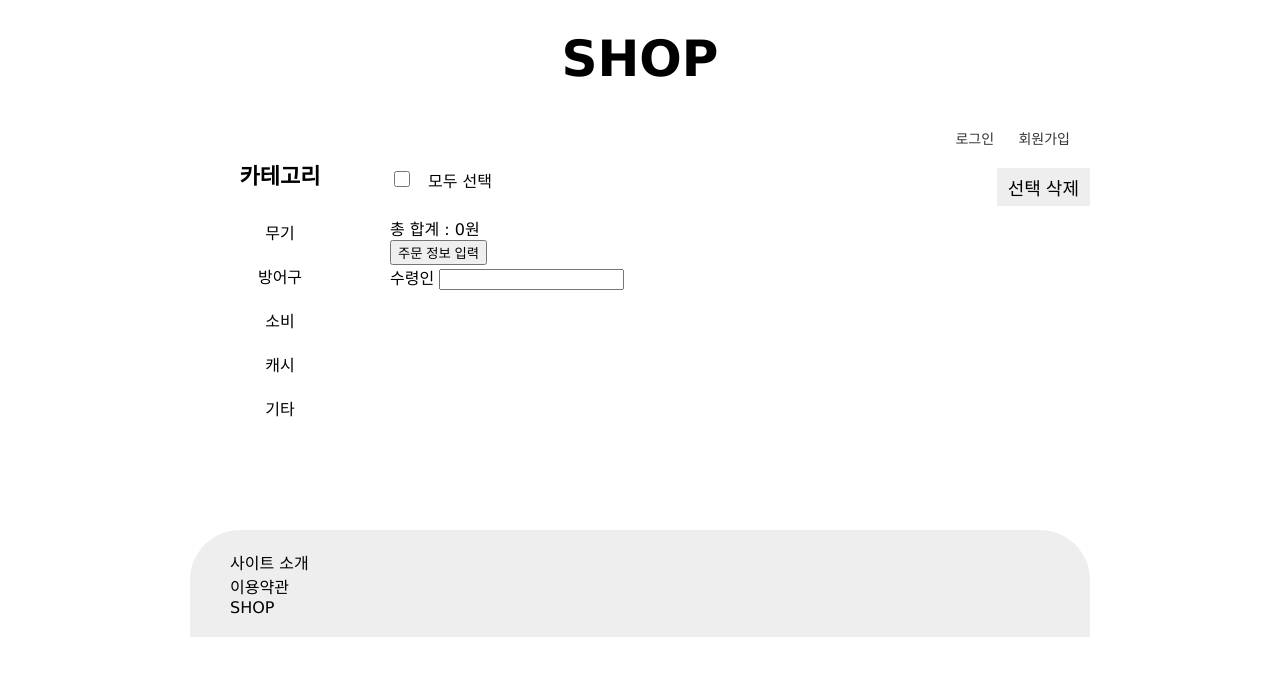
Repository: leesoonyong/shopping-mall
Page: http://localhost/shop/WEB-INF/views/shop/cartList.jsp
These files come from the project's save history. The page is drawn as it stood at one moment and after the next save; the edit follows.
The browser window is 1280 px wide. The pictures show the whole page.
The page is served by Tomcat 9. Nobody is signed in. Other server files are loaded and not shown. The template is opened directly, without the code that normally fills it, so the values that code supplies are empty.

Above is the page before, as saved 2020-09-15 03:01:50.

### shop/src/main/webapp/WEB-INF/views/shop/cartList.jsp
<%@ taglib uri="http://java.sun.com/jsp/jstl/core" prefix="c" %>
<%@ taglib prefix="fmt" uri="http://java.sun.com/jsp/jstl/fmt"%>
<%@ page language="java" contentType="text/html; charset=UTF-8" pageEncoding="UTF-8"%>
<!DOCTYPE html>
<html>
<head>
<meta charset="UTF-8">
<script src='https://code.jquery.com/jquery-3.3.1.min.js'></script>
<style>
body {
	margin: 0;
	padding: 0;
	font-family: '맑은 고딕', verdana;
}

a {
	color: #05f;
	text-decoration: none;
}

a:hover {
	text-decoration: underline;
}

h1, h2, h3, h4, h5, h6 {
	margin: 0;
	padding: 0;
}

ul, lo, li {
	margin: 0;
	padding: 0;
	list-style: none;
}

/* ---------- */
div#root {
	width: 900px;
	margin: 0 auto;
}

header#header {

}

nav#nav {

}

section#container {

}

section#content {
	float: right;
	width: 700px;
}

aside#aside {
	float: left;
	width: 180px;
}

section#container::after {
	content: "";
	display: block;
	clear: both;
}

footer#footer {
	background: #eee;
	padding: 20px;
}

/* ---------- */
header#header div#header_box {
	text-align: center;
	padding: 30px 0;
}

header#header div#header_box h1 {
	font-size: 50px;
}

header#header div#header_box h1 a {
	color: #000;
}

nav#nav div#nav_box {
	font-size: 14px;
	padding: 10px;
	text-align: right;
}

nav#nav div#nav_box li {
	display: inline-block;
	margin: 0 10px;
}

nav#nav div#nav_box li a {
	color: #333;
}

section#container {

}

aside#aside h3 {
	font-size: 22px;
	margin-bottom: 20px;
	text-align: center;
}

aside#aside li {
	font-size: 16px;
	text-align: center;
}

aside#aside li a {
	color: #000;
	display: block;
	padding: 10px 0;
}

aside#aside li a:hover {
	text-decoration: none;
	background: #eee;
}

footer#footer {
	margin-top: 100px;
	border-radius: 50px 50px 0 0;
}

footer#footer div#footer_box {
	padding: 0 20px;
}

aside#aside li {
	position: relative;
}

aside#aside li:hover {
	background: #eee;
}

aside#aside li>ul.low {
	display: none;
	position: absolute;
	top: 0;
	left: 180px;
}

aside#aside li:hover>ul.low {
	display: block;
}

aside#aside li:hover>ul.low li a {
	background: #eee;
	border: 1px solid #eee;
}

aside#aside li:hover>ul.low li a:hover {
	background: #fff;
}

aside#aside li>ul.low li {
	width: 180px;
}
/*
section#content ul li {
	display: inline-block;
	margin: 10px;
}

section#content div.goodsThumb img {
	width: 200px;
	height: 200px;
}

section#content div.goodsName {
	padding: 10px 0;
	text-align: center;
}

section#content div.goodsName a {
	color: #000;
}
*/
 section#content ul li { margin:10px 0; }
 section#content ul li img { width:250px; height:250px; }
 section#content ul li::after { content:""; display:block; clear:both; }
 section#content div.thumb { float:left; width:250px; }
 section#content div.gdsInfo { float:right; width:calc(100% - 270px); }
 section#content div.gdsInfo { font-size:20px; line-height:2; }
 section#content div.gdsInfo span { display:inline-block; width:100px; font-weight:bold; margin-right:10px; }
 section#content div.gdsInfo .delete { text-align:right; }
 section#content div.gdsInfo .delete button { font-size:22px;
            padding:5px 10px; border:1px solid #eee; background:#eee;}



.allCheck { float:left; width:200px; }
.allCheck input { width:16px; height:16px; }
.allCheck label { margin-left:10px; }
.delBtn { float:right;  text-align:right; }
.delBtn button { font-size:18px; padding:5px 10px; border:1px solid #eee; background:#eee;}

.checkBox { width:30px; }
.checkBox input { width:16px; height:16px; }

.listResult { padding:20px; background:#eee; }
.listResult .sum { float:left; width:45%; font-size:22px; }

.listResult .orderOpne { float:right; width:45%; text-align:right; }
.listResult .orderOpne button { font-size:18px; padding:5px 10px; border:1px solid #999; background:#fff;}
.listResult::after { content:""; display:block; clear:both; }

</style>
</head>
<body>
<div id="root">
	<header id="header">
		<div id="header_box">
			<%@ include file="../include/header.jsp" %>
		</div>
	</header>

	<nav id="nav">
		<div id="nav_box">
			<%@ include file="../include/nav.jsp" %>
		</div>
	</nav>

	<section id="container">
		<aside id="aside">
			<%@ include file="../include/aside.jsp" %>
		</aside>
		<div id="container_box">
			<section id="content">
					<ul>
						<li>
							<div class="allCheck">
								<input type="checkbox" name="allCheck" id="allCheck" />
								<label	for="allCheck">모두 선택</label>
								<script>
									$("#allCheck").click(function(){
										 var chk = $("#allCheck").prop("checked");
										 if(chk) {
										  $(".chBox").prop("checked", true);
										 } else {
										  $(".chBox").prop("checked", false);
										 }
									});
								</script>
							</div>

							<div class="delBtn">
								<button type="button" class="selectDelete_btn">선택 삭제</button>

								<script>
								$(".selectDelete_btn").click(function(){
									var confirm_val = confirm("정말 삭제하시겠습니까?");

									if(confirm_val){
										var checkArr = new Array();

										$("input[class='chBox']:checked").each(function(){
											checkArr.push($(this).attr("data-cartNum"));
										});

										$.ajax({
											url : "/shop/deleteCart",
											type : "post",
											data : {
												chbox : checkArr
											},
											success : function(result){
												if(result == 1){
													location.href = "/shop/cartList";
												}else{
													alert("삭제 실패");
												}
											}
										});
									}
								});



								</script>
							</div>

						</li>
						<c:set var="sum" value="0"/>
						<c:forEach items="${cartList}" var="cartList">
							<li>
								<div class="checkBox">
									<input type="checkbox" name="chBox" class="chBox" data-cartNum="${cartList.cartNum}" />
									<script>
										$(".chBox").click(function(){
											$("#allCheck").prop("checked", false);
										});
									</script>
								</div>

								<div class="thumb">
									<img src="${cartList.gdsThumbImg}" />
								</div>
								<div class="gdsInfo">
									<p>
										<span>상품명</span>${cartList.gdsName}<br />
										<span>개당 가격</span>
										<fmt:formatNumber pattern="###,###,###" value="${cartList.gdsPrice}"/> 원<br />
										<span>구입 수량</span>${cartList.cartStock} 개<br />
										<span>최종가격</span>
										<fmt:formatNumber pattern="###,###,###" value="${cartList.gdsPrice * cartList.cartStock}" /> 원
									</p>

									<div class="delete">
										<button type="button" class="delete_${cartList.cartNum}_btn" data-cartNum="${cartList.cartNum}">삭제</button>
										<script>
											$(".delete_${cartList.cartNum}_btn").click(function(){
												var confirm_val = confirm("정말 삭제하시겠습니까?");

												if(confirm_val){
													var checkArr = new Array();

													checkArr.push($(this).attr("data-cartNum"));


													$.ajax({
														url : "/shop/deleteCart",
														type : "post",
														data : {
															chbox : checkArr
														},
														success : function(result){
															if(result == 1){
																location.href = "/shop/cartList";
															}else{
																alert("삭제 실패");
															}
														}
													});
												}
											});
										</script>
									</div>
								</div>
							</li>
						<c:set var="sum" value="${sum + (cartList.gdsPrice * cartList.cartStock)}"/>
						</c:forEach>
					</ul>
					<div class="listReulst">
						<div class="sum">
							총 합계 : <fmt:formatNumber pattern="###,###,###" value="${sum}"/>원
						</div>
						<div class="orderOpne">
							<button type="button" class="orderOpne_bnt">주문 정보 입력</button>
						</div>
					</div>
					<div class="orderInfo">
						<form method="post">
							<input type="hidden" name="amount" value="${sum}"/>

							<div class="inputArea">
								<label for="">수령인</label>
								<input type="text" name="orderRec" id="orderRec" required="required"/>
							</div>
						</form>

					</div>
				</section>
		</div>
	</section>

	<footer id="footer">
		<div id="footer_box">
			<%@ include file="../include/footer.jsp" %>
		</div>
	</footer>
</div>
</body>
</html>

### shop/src/main/webapp/WEB-INF/views/include/header.jsp
<%@ taglib uri="http://java.sun.com/jsp/jstl/core" prefix="c" %>
<%@ page language="java" contentType="text/html; charset=UTF-8" pageEncoding="UTF-8"%>
<h1 class="title">
	<a href="/">SHOP</a>
</h1>

### shop/src/main/webapp/WEB-INF/views/include/nav.jsp
<%@ taglib uri="http://java.sun.com/jsp/jstl/core" prefix="c" %>
<%@ page language="java" contentType="text/html; charset=UTF-8" pageEncoding="UTF-8"%>
<ul>
<c:if test="${member == null}">
	<li>
		<a href="/member/signIn">로그인</a>
	</li>
	<li>
		<a href="/member/signUp">회원가입</a>
	</li>
</c:if>
<c:if test="${member != null}">
	<c:if test="${member.verify == 9}">
	<li>
		<a href="/admin/index">관리자 화면</a>
	</li>
	</c:if>
	<li>
		${member.userName}님 환영합니다.
	</li>
	<li>
		<a href="/shop/cartList">카트 리스트</a>
	</li>
	<li>
		<a href="/member/signOut">로그아웃</a>
	</li>
</c:if>
</ul>

### shop/src/main/webapp/WEB-INF/views/include/aside.jsp
<%@ taglib uri="http://java.sun.com/jsp/jstl/core" prefix="c" %>
<%@ page language="java" contentType="text/html; charset=UTF-8" pageEncoding="UTF-8"%>

<h3>카테고리</h3>
<ul>
	<li><a href="/shop/list?c=100&l=1">무기</a>
		<ul class="low">
			<li><a href="/shop/list?c=101&l=2">아케인셰이드</a></li>
			<li><a href="/shop/list?c=102&l=2">앱솔랩스</a></li>
			<li><a href="/shop/list?c=103&l=2">파프니르</a></li>
			<li><a href="/shop/list?c=104&l=2">펜살리르</a></li>
			<li><a href="/shop/list?c=105&l=2">무스펠</a></li>
			<li><a href="/shop/list?c=106&l=2">네크로</a></li>
		</ul>
	</li>
	<li><a href="/shop/list?c=200&l=1">방어구</a>
		<ul class="low">
			<li><a href="/shop/list?c=201&l=2">아케인셰이드</a></li>
			<li><a href="/shop/list?c=202&l=2">앱솔랩스</a></li>
			<li><a href="/shop/list?c=203&l=2">파프니르</a></li>
			<li><a href="/shop/list?c=204&l=2">펜살리르</a></li>
			<li><a href="/shop/list?c=205&l=2">무스펠</a></li>
			<li><a href="/shop/list?c=206&l=2">네크로</a></li>
		</ul>
	</li>
	<li><a href="/shop/list?c=300&l=1">소비</a>
		<ul class="low">
			<li><a href="/shop/list?c=301&l=2">회복 아이템</a></li>
			<li><a href="/shop/list?c=302&l=2">연금술 아이템</a></li>
			<li><a href="/shop/list?c=303&l=2">주문서</a></li>
			<li><a href="/shop/list?c=304&l=2">스킬북</a></li>
			<li><a href="/shop/list?c=305&l=2">기타</a></li>
		</ul>
	</li>
	<li><a href="/shop/list?c=400&l=1">캐시</a>
		<ul class="low">
			<li><a href="/shop/list?c=401&l=2">강화</a></li>
			<li><a href="/shop/list?c=402&l=2">게임</a></li>
			<li><a href="/shop/list?c=403&l=2">코디</a></li>
			<li><a href="/shop/list?c=404&l=2">뷰티</a></li>
			<li><a href="/shop/list?c=405&l=2">펫</a></li>
			<li><a href="/shop/list?c=406&l=2">기타</a></li>
		</ul>

	</li>
	<li><a href="/shop/list?c=500&l=1">기타</a>
		<ul class="low">
			<li><a href="/shop/list?c=501&l=2">의자</a></li>
			<li><a href="/shop/list?c=502&l=2">전문기술</a></li>
		</ul>
	</li>
</ul>

### shop/src/main/webapp/WEB-INF/views/include/footer.jsp
<%@ taglib uri="http://java.sun.com/jsp/jstl/core" prefix="c" %>
<%@ page language="java" contentType="text/html; charset=UTF-8" pageEncoding="UTF-8"%>
<ul>
	<li>사이트 소개</li>
	<li>이용약관</li>
	<li>SHOP</li>
</ul>

After the next save:
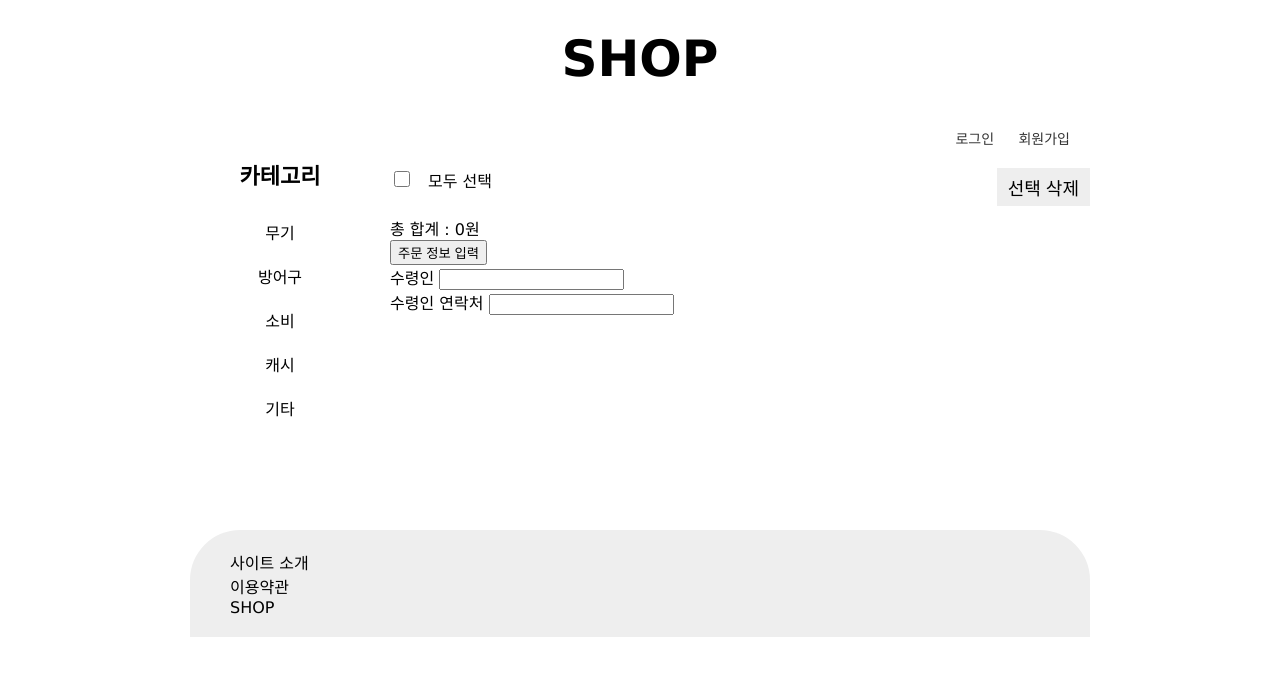
Saved 26 s later.
--- a/shop/src/main/webapp/WEB-INF/views/shop/cartList.jsp
+++ b/shop/src/main/webapp/WEB-INF/views/shop/cartList.jsp
@@ -368,6 +368,11 @@ section#content div.goodsName a {
 								<label for="">수령인</label>
 								<input type="text" name="orderRec" id="orderRec" required="required"/>
 							</div>
+
+							<div class="inputArea">
+								<label for="orderPhon">수령인 연락처</label>
+								<input type="text" name="orderRec" id="orderRec" required="required"/>
+							</div>
 						</form>
 
 					</div>
